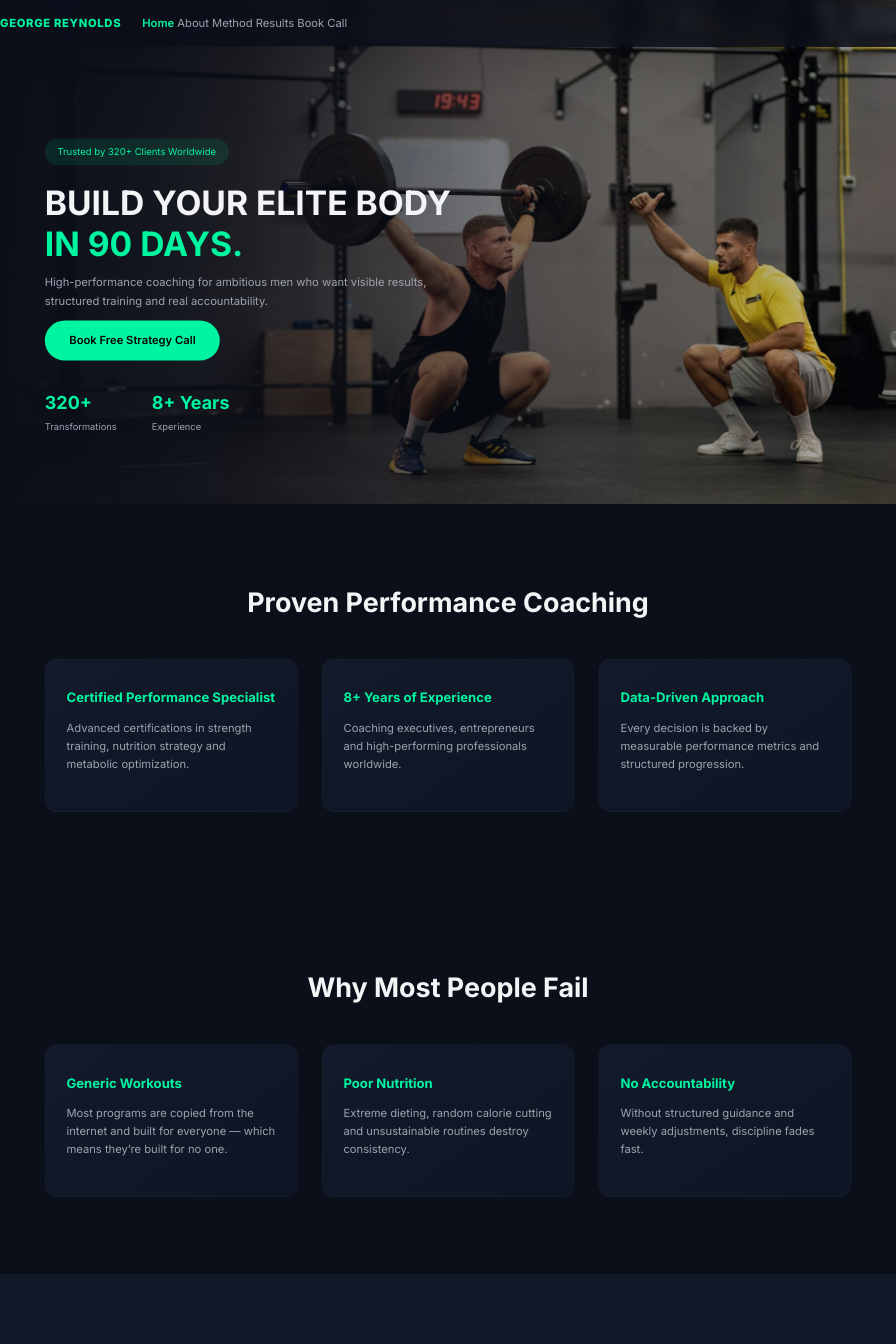
Repository: davidfsillva/Landing-page-pro
Page: index.html
These files come from the project's save history. The page is drawn as it stood at one moment and after the next save; the edit follows.
The browser window is 1280 px wide. The pictures show the part of the page from y = 0 to 1920 px (the page is 6545 px tall), at 70% of full size.

Above is the page before, as saved 2026-02-26 19:03:43.

After the next save:
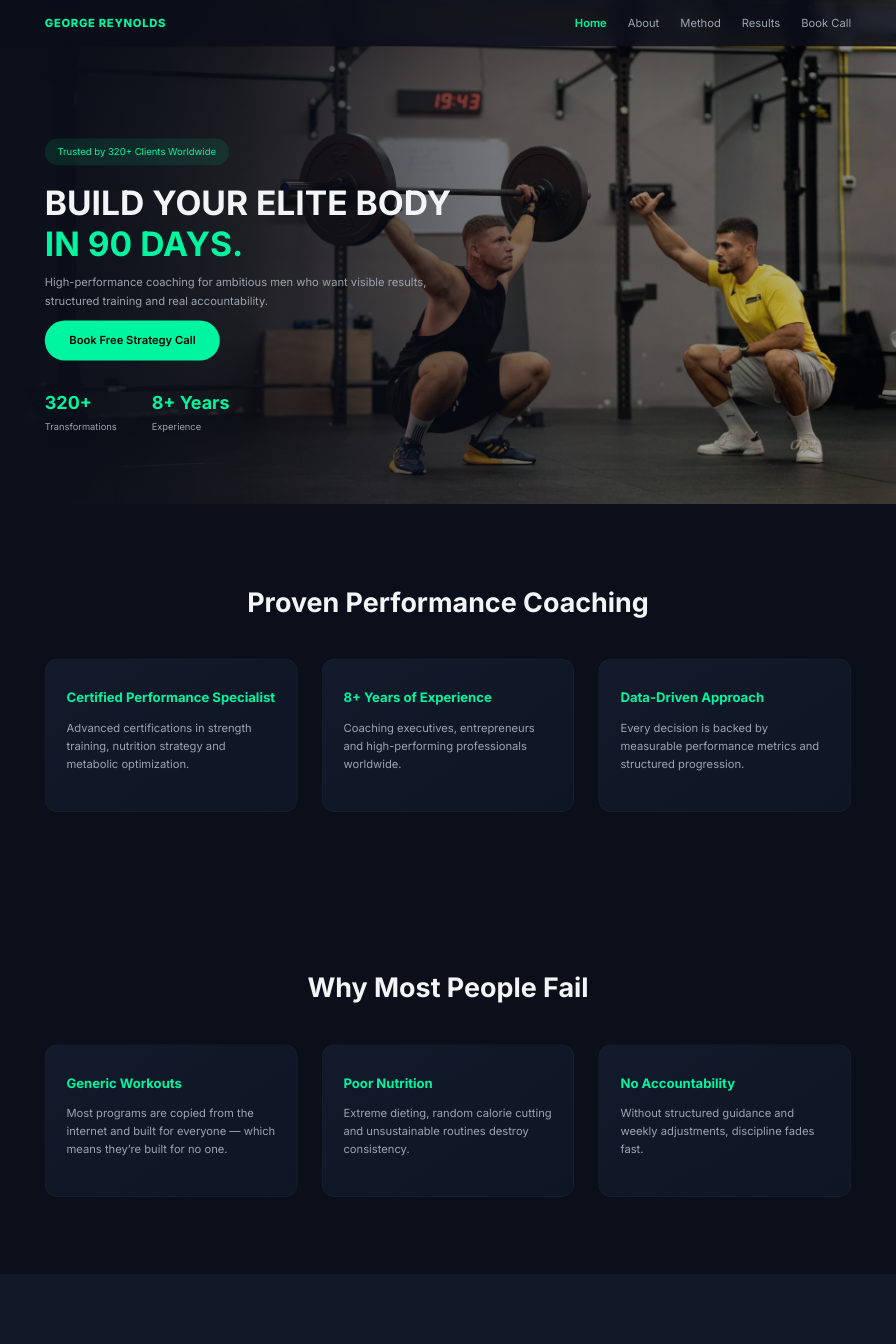
Saved 105 s later.
--- a/index.html
+++ b/index.html
@@ -29,23 +29,19 @@
 <body>
 
 <header class="header">
-    <nav class="nav">
-    <div class="logo">GEORGE REYNOLDS</div>
-
-    <div class="menu-toggle" id="menuToggle">
-        <span></span>
-        <span></span>
-        <span></span>
-    </div>
-
-    <div class="mobile-menu" id="mobileMenu">
+  <div class="container header-flex">
+      <div class="logo">GEORGE REYNOLDS</div>
+
+      <button class="menu-toggle" id="menuToggle" aria-label="Toggle Menu" aria-expanded="false">☰</button>
+
+      <nav class="nav" id="nav">
         <a href="#home">Home</a>
         <a href="#about">About</a>
         <a href="#method">Method</a>
         <a href="#results">Results</a>
-        <a href="#contact" class="menu-cta">Book Call</a>
-    </div>
-    </nav>
+        <a href="#contact" class="nav-cta">Book Call</a>
+      </nav>
+  </div>
 </header>
 
 <main>
